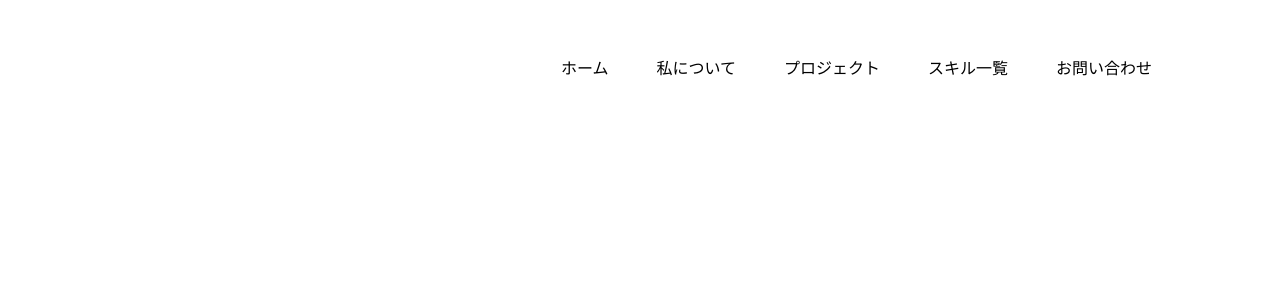
Repository: n-yoshikawa00/reactfolio
Page: /
These files come from the project's save history. The page is drawn as it stood at one moment and after the next save; the edit follows.
The browser window is 1280 px wide. The pictures show the whole page.
The project was rebuilt for these pictures with package versions that can differ from the ones it lists, and the page was loaded fresh each time. Also part of the build but not shown: vite.config.js.

Above is the page before, as saved 2024-10-15 13:40:58.

### index.html
<!DOCTYPE html>
<html lang="en">
  <head>
    <meta charset="UTF-8" />
    <link rel="icon" type="image/svg+xml" href="/vite.svg" />
    <meta name="viewport" content="width=device-width, initial-scale=1.0" />
    <title>ポートフォリオ</title>
    <link
      href="https://fonts.googleapis.com/css2?family=Noto+Serif+JP:wght@200..900&display=swap"
      rel="stylesheet"
    />
  </head>
  <body>
    <div id="root"></div>
    <script type="module" src="/src/main.jsx"></script>
  </body>
</html>

### src/App.jsx
import { useState } from "react";
import reactLogo from "./assets/react.svg";
import viteLogo from "/vite.svg";
import "./App.css";
import { FontAwesomeIcon } from "@fortawesome/react-fontawesome";
import { fas } from "@fortawesome/free-solid-svg-icons";

function App() {
  return (
    //navigation bar
    <header class="py-6">
      <div class="container mx-auto flex justify-between items-center px-8 md:px-14 lg:px-24 w-full">
        <div class="text-lg font-bold items-center">
          <a href="todo.html">
            <FontAwesomeIcon icon="fas fa-calendar-check" />
          </a>
        </div>
        <div class="space-x-12 hidden md:flex items-center">
          <a
            href="#home"
            class="hover:text-selectedText transition-all duration-300"
          >
            ホーム
          </a>
          <a
            href="#about"
            class="hover:text-selectedText transition-all duration-300"
          >
            私について
          </a>
          <a
            href="#portfolio"
            class="hover:text-selectedText transition-all duration-300"
          >
            プロジェクト
          </a>
          <a
            href="#skills"
            class="hover:text-selectedText transition-all duration-300"
          >
            スキル一覧
          </a>
          <a
            href="#contact"
            class="hover:text-selectedText transition-all duration-300"
          >
            お問い合わせ
          </a>
        </div>
        <div class="md:hidden hover:text-selectedText transition-all duration-300">
          <button id="barbutton" type="button" class="fixed top-6 right-6 z-10">
            <i id="bars" class="fa-solid fa-bars"></i>
          </button>
        </div>
        <ul
          id="menu"
          class="fixed top-0 left-0 z-0 w-full translate-x-full bg-gray-500 opacity-50 text-center font-bold text-white transition-all ease-linear"
        >
          <li class="p-1">
            <a href="#home">ホーム</a>
          </li>
          <li class="p-1">
            <a href="#about">私について</a>
          </li>
          <li class="p-1">
            <a href="#portfolio">プロジェクト</a>
          </li>
          <li class="p-1">
            <a href="#skills">スキル一覧</a>
          </li>
          <li class="p-1">
            <a href="#contact">お問い合わせ</a>
          </li>
        </ul>
      </div>
    </header>
  );
}

export default App;

### src/index.css
@tailwind base;
@tailwind components;
@tailwind utilities;

html,
body {
  scroll-behavior: smooth;
}

.secondary-title {
  @apply text-3xl font-bold;
}

.secondary-title::before {
  content: "";
  @apply block w-12 h-2 bg-selectedText rounded-full mb-1;
}

.section-paragraph {
  @apply text-secondary my-6 w-full max-w-3xl;
}

.badge {
  @apply px-4 py-2 text-sm bg-badge rounded-md;
}

### tailwind.config.js
/** @type {import('tailwindcss').Config} */
export default {
  content: ["./index.html", "./src/**/*.{js,ts,jsx,tsx}"],
  theme: {
    extend: {
      colors: {
        //基本色
        body: "#ebe7e0",
        //選択時の色
        selectedText: "#A9A9A9",
        secondary: "#9191A4",
        badge: "#FFCC66",
        inputBorder: "#565666",
        input: "#2A2A2A",
      },
    },
    fontFamily: {
      NotoSerifJP: ["Noto Serif JP", "serif"],
    },
  },
  plugins: [],
};

Loaded but not shown: src/main.jsx (common file); src/App.css (common file)

After the next save:
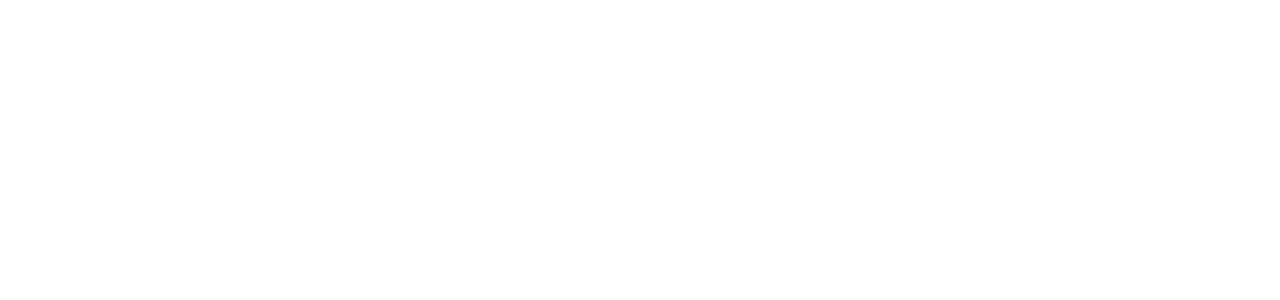
Console error: ReferenceError: FontAwesomeIcon is not defined
Saved 34 s later.
--- a/src/App.jsx
+++ b/src/App.jsx
@@ -2,8 +2,9 @@
 import reactLogo from "./assets/react.svg";
 import viteLogo from "/vite.svg";
 import "./App.css";
-import { FontAwesomeIcon } from "@fortawesome/react-fontawesome";
-import { fas } from "@fortawesome/free-solid-svg-icons";
+import { library } from "@fortawesome/fontawesome-svg-core";
+import { fab } from "@fortawesome/free-brands-svg-icons";
+import { faCheckSquare, faCoffee } from "@fortawesome/free-solid-svg-icons";
 
 function App() {
   return (

After the save that followed:
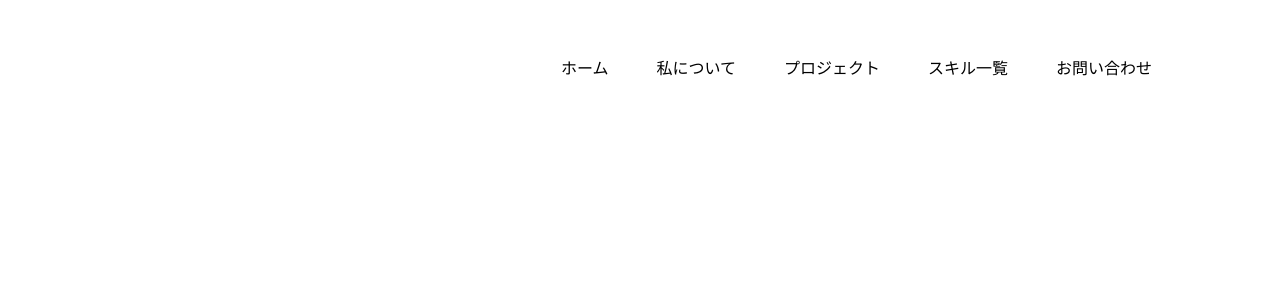
The error is gone.
Saved 23 s later.
--- a/src/App.jsx
+++ b/src/App.jsx
@@ -2,9 +2,7 @@
 import reactLogo from "./assets/react.svg";
 import viteLogo from "/vite.svg";
 import "./App.css";
-import { library } from "@fortawesome/fontawesome-svg-core";
-import { fab } from "@fortawesome/free-brands-svg-icons";
-import { faCheckSquare, faCoffee } from "@fortawesome/free-solid-svg-icons";
+import { FontAwesomeIcon } from "@fortawesome/react-fontawesome";
 
 function App() {
   return (
